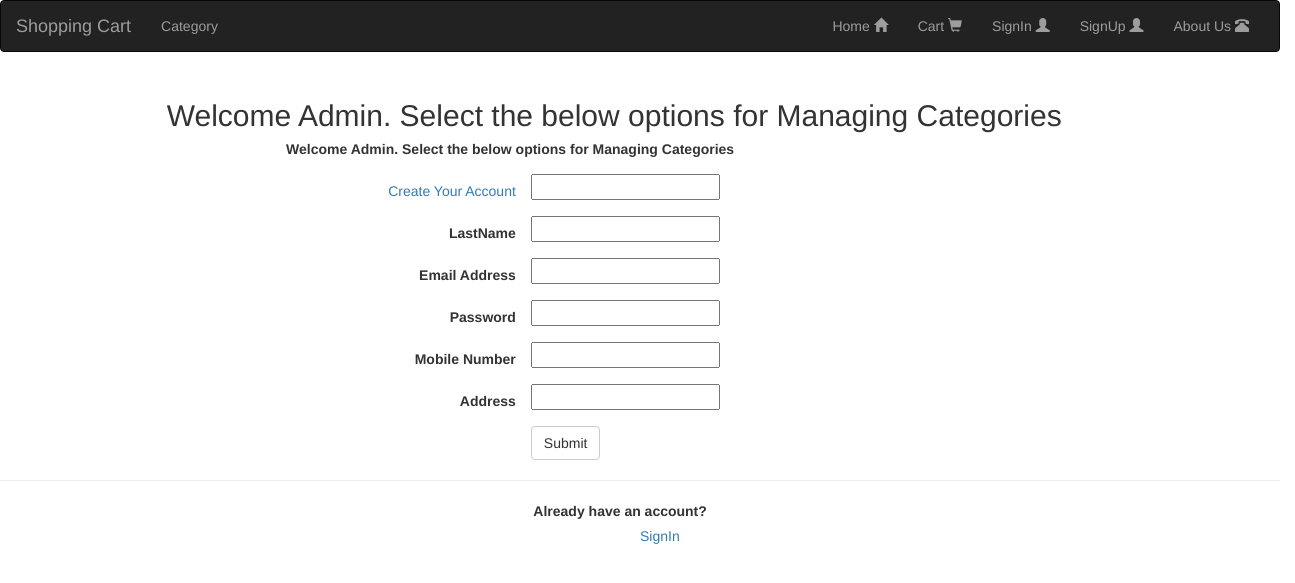
Repository: KaustubhKamat/ShoppingCartProject
Page: http://localhost/NewShoppingCart/WEB-INF/views/Category.jsp
An editor plug-in stored every save of this project. The page is shown before and after the next save, followed by the edit.
The browser window is 1280 px wide. The page is 1295 px wide, so the pictures cover 1295 px, including what lies to the right of the window. The pictures show the whole page.
Some web libraries are served in a nearby version. The page is served by Tomcat 9. Nobody is signed in. Other server files are loaded and not shown. The template is opened directly, without the code that normally fills it, so the values that code supplies are empty.

Above is the page before, as saved 2017-01-12 06:24:52.

### NewShoppingCart/src/main/webapp/WEB-INF/views/Category.jsp
<%@ page language="java" contentType="text/html; charset=ISO-8859-1"
    pageEncoding="ISO-8859-1"%>
<!DOCTYPE html PUBLIC "-//W3C//DTD HTML 4.01 Transitional//EN" "http://www.w3.org/TR/html4/loose.dtd">
<%@ taglib uri="http://java.sun.com/jsp/jstl/core" prefix="c"%>
<%@ taglib uri="http://www.springframework.org/tags" prefix="spring"%>
<%@ taglib uri="http://www.springframework.org/tags/form" prefix="form"%>
<%@ taglib prefix="form" uri="http://www.springframework.org/tags/form"%>
<html>
<head>
<link rel="stylesheet"
	href="https://maxcdn.bootstrapcdn.com/bootstrap/3.3.7/css/bootstrap.min.css">
<script
	src="https://ajax.googleapis.com/ajax/libs/jquery/3.1.1/jquery.min.js"></script>
<script
	src="https://maxcdn.bootstrapcdn.com/bootstrap/3.3.7/js/bootstrap.min.js"></script>
<meta http-equiv="Content-Type" content="text/html; charset=ISO-8859-1">
<title>Insert title here</title>
</head>
<body>
<jsp:include page="NavBar.jsp"></jsp:include>

	<form class="form-horizontal">
		<div class="form-group">
		<h2 class="col-sm-10 control-label">Welcome Admin. Select the below options for Managing Categories</h2>
			<label class="col-sm-7 control-label">Welcome Admin. Select the below options for Managing Categories</label>
		</div>
		<div class="form-group">
			<a href="Register" class="col-sm-5 control-label"> Create Your Account</a>
				<input type="text" name="FirstName">
			</div>
		</div>
		<div class="form-group">
			<label class="col-sm-5 control-label">LastName</label>
			<div class="col-sm-15">
				<input type="text" name="LastName"><br>
			</div>
		</div>
		<div class="form-group">
			<label class="col-sm-5 control-label">Email Address</label>
			<div class="col-sm-15">
				<input type="text" name="EmailId"><br>
			</div>
		</div>
		<div class="form-group">
			<label class="col-sm-5 control-label">Password</label>
			<div class="col-sm-15">
				<input type="password" name="password"><br>
			</div>
		</div>
		<div class="form-group">
			<label class="col-sm-5 control-label">Mobile Number</label>
			<div class="col-sm-15">
				<input type="text" name="MobileNo"><br>
			</div>
		</div>
		<div class="form-group">
			<label class="col-sm-5 control-label">Address</label>
			<div class="col-sm-15">
				<input type="text" name="Address"><br>
			</div>
		</div>
		<div class="form-group">
			<div class="col-sm-offset-5 col-sm-20">
				<button type="submit" class="btn btn-default">Submit</button>
			</div>
		</div>
		<hr>
		<div class="col-sm-offset-5 col-sm-15">
			<label class="col-sm-4control-label">Already have an account?</label>
		</div>
		<div class="col-sm-offset-6 col-sm-15">
			<a href="login">SignIn</a>
		</div>
	</form>
</body>
</html>

### NewShoppingCart/src/main/webapp/WEB-INF/views/NavBar.jsp
<%@ page language="java" contentType="text/html; charset=ISO-8859-1"
	pageEncoding="ISO-8859-1"%>
<%@ taglib uri="http://java.sun.com/jsp/jstl/core" prefix="c"%>
<!DOCTYPE html PUBLIC "-//W3C//DTD HTML 4.01 Transitional//EN" "http://www.w3.org/TR/html4/loose.dtd">
<html>
<head>
<meta http-equiv="Content-Type" content="text/html; charset=ISO-8859-1">
<title>Insert title here</title>
</head>
<style>
.navbar-default {
	background-color: #F75D59;
	font-size: medium;
}

.dropdown-menu>li>a:hover {
	background-color: silver;;
	background-image: none;
}
.LoggedInUser{
color: white;

}
</style>
<body>

	<nav class="navbar navbar-inverse">
	<div class="container-fluid">
		<div class="navbar-header">
			<button type="button" class="navbar-toggle collapsed"
				data-toggle="collapse" data-target="#bs-example-navbar-collapse-1"
				aria-expanded="false">
				<span class="sr-only">Toggle navigation</span> <span
					class="icon-bar"></span> <span class="icon-bar"></span> <span
					class="icon-bar"></span>
			</button>
			<a class="navbar-brand" href="Home">Shopping Cart</a>
			<ul class="nav navbar-nav navbar-right">
				<li><a href="CategoryList">Category</a>
				<%-- <li class="active"><a href=>Link <span class="sr-only">(current)</span></a></li>
				<c:forEach items="${categoryList}" var="category">
				<li class="dropdown"><a href="#" class="dropdown-toggle"
					data-toggle="dropdown" >${category.name} <span
						class="caret"></span></a>
					<ul class="dropdown-menu" role="menu">
					<c:forEach items="${category.products}" var="product">
						<li><a href="/AddProduct/getList?pid=${product.id}">${product.name}</a></li>

						</c:forEach>
					</ul> </li>
					</c:forEach>  --%>
		</li>
		</ul>
		</div>

		<!-- Collect the nav links, forms, and other content for toggling -->
		<div class="collapse navbar-collapse"
			id="bs-example-navbar-collapse-1">
			<ul class="nav navbar-nav">

			</ul>
			<form class="navbar-form navbar-left">


			</form>
			<ul class="nav navbar-nav navbar-right">
				<li><a href="Home">Home <span
						class="glyphicon glyphicon-home"></span></a>
				<li><a href="Cart">Cart <span
						class="glyphicon glyphicon-shopping-cart"></span></a></li>

				<c:if test="${not empty LoggedInUser}">
					<li>Welcome ${LoggedInUser}</li>
				</c:if>
				<c:if test="${empty LoggedInUser}">
					<li><a href="login">SignIn <span
							class="glyphicon glyphicon-user"></span></a></li>
				</c:if>


				<%-- <c:choose>
						<c:when test="${empty LoggedInUser}">
							<li><a href="login">SignIn <span class="glyphicon glyphicon-user"></span></a></li>
						</c:when>
						<c:otherwise>
							<li>${LoggedInUser}</li>
						</c:otherwise>
						</c:choose>  --%>

				<c:if test="${empty LoggedInUser}">
					<li><a href="Register">SignUp <span
							class="glyphicon glyphicon-user"></span></a></li>
				</c:if>
				<c:if test="${not empty LoggedInUser}">
					<li><a href="Logout">Logout</a></li>
				</c:if>

				<%-- <c:choose>
						<c:when test="${empty LoggedInUser} }">
						<li><a href="Register">SignUp </a></li>
						</c:when>
						<c:otherwise>
						<li><a href="Logout">LogOut </a></li>
						</c:otherwise>
						</c:choose>   --%>


				<li><a href="AboutUs">About Us <span
						class="glyphicon glyphicon-phone-alt"></span></a></li>

			</ul>

		</div>
		<!-- /.navbar-collapse -->
	</div>
	<!-- /.container-fluid --> </nav>


</body>
</html>

After the next save:
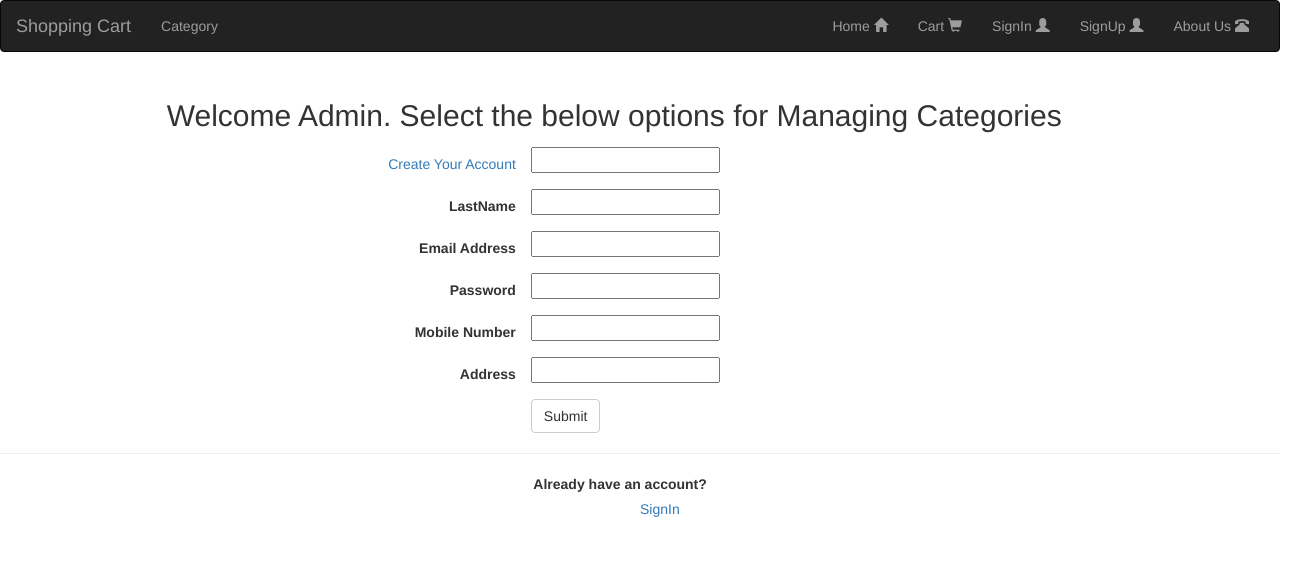
Saved 18 s later.
--- a/NewShoppingCart/src/main/webapp/WEB-INF/views/Category.jsp
+++ b/NewShoppingCart/src/main/webapp/WEB-INF/views/Category.jsp
@@ -22,7 +22,6 @@
 	<form class="form-horizontal">
 		<div class="form-group">
 		<h2 class="col-sm-10 control-label">Welcome Admin. Select the below options for Managing Categories</h2>
-			<label class="col-sm-7 control-label">Welcome Admin. Select the below options for Managing Categories</label>
 		</div>
 		<div class="form-group">
 			<a href="Register" class="col-sm-5 control-label"> Create Your Account</a>
